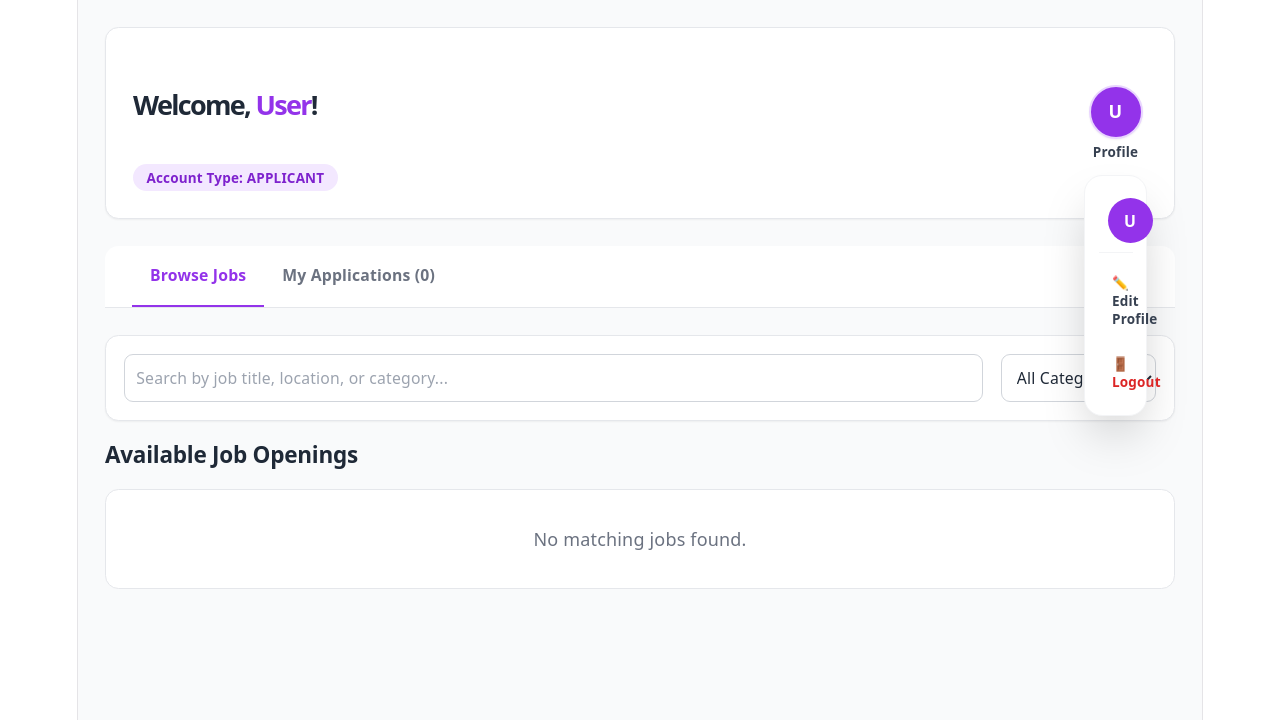
Repository: mdkawsarjomadder/job-portal
Page: /dashboard (app in job-portal/frontend/), after clicking the first element matching `button.flex`
An editor plug-in stored every save of this project. The page is shown before and after the next save, followed by the edit.
The browser window is 1280 px wide. The pictures show the whole page.
The page's requests for data from a server got no answer. The project was rebuilt for these pictures with package versions that can differ from the ones it lists, and the page was loaded fresh each time. No one was signed in, and anything a server would have sent is missing. Also part of the build but not shown: job-portal/frontend/vite.config.js, job-portal/frontend/src/pages/Login.jsx, job-portal/frontend/src/pages/Register.jsx, job-portal/frontend/src/pages/EmployerDashboard.jsx, job-portal/frontend/src/pages/MyApplications.jsx, job-portal/frontend/src/pages/CreateJob.jsx, job-portal/frontend/src/pages/Home.jsx. Imported but missing from the stored project, and not drawn on this page: job-portal/frontend/src/pages/Profile.

Above is the page before, as saved 2026-09-18 21:27:59.

After the next save:
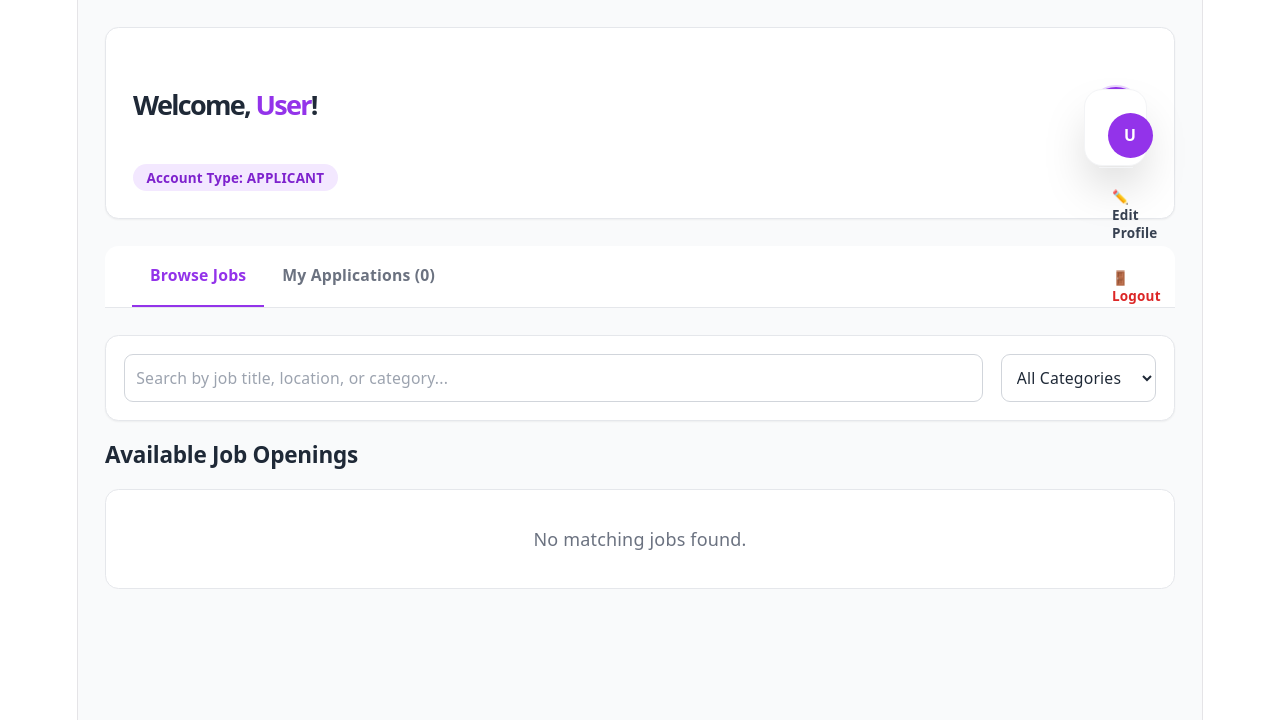
Saved 10 s later.
--- a/job-portal/frontend/src/pages/ApplicantDashboard.jsx
+++ b/job-portal/frontend/src/pages/ApplicantDashboard.jsx
@@ -228,7 +228,7 @@ export default function ApplicantDashboard() {
 
             {/* Dropdown Menu - Position Fixed to Align Correctly */}
             {isDropdownOpen && (
-              <div className="absolute inset-x-0 mt-2 w-50 bg-white rounded-2xl shadow-2xl border border-gray-100 p-3 z-50 transform origin-top-right transition-all">
+              <div className="absolute inset-0 mt-2 w-50 bg-white rounded-2xl shadow-2xl border border-gray-100 p-3 z-50 transform origin-top-right transition-all">
                 {/* Header User Details */}
                 <div className="flex items-center gap-3 p-2 border-b border-gray-100 mb-2">
                   <div className="w-10 h-10 rounded-full bg-purple-600 text-white font-bold text-sm flex items-center justify-center overflow-hidden shrink-0">
